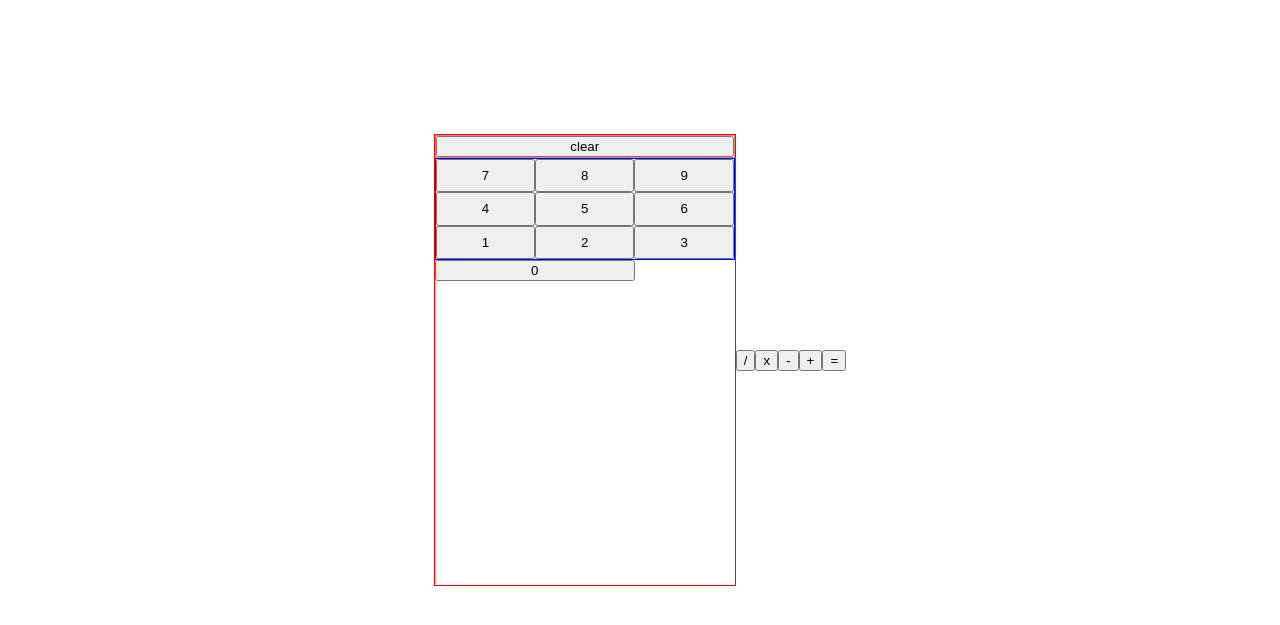
Repository: kocokoy/Calculator
Page: index.html
The author's editor kept a copy of each file at every save. The page is drawn from the files as they stood at one save, then again after the next save.
The browser window is 1280 px wide. The pictures show the whole page.

Above is the page before, as saved 2024-10-22 14:31:49.

### index.html
<!DOCTYPE html>
<html lang="en">
<head>
  <meta charset="UTF-8">
  <meta name="viewport" content="width=device-width, initial-scale=1.0">
  <link rel="stylesheet" href="/style.css">
  <title>Document</title>
</head>
<body>
  <div class="calculator-container">
    <div class="output-number"></div>
    <div class="number-and-clear-container">
      <div class="clear-button-container">
      </div>
      <div class="number-container">

      </div>
      <div class="zero-button-container">
      </div>
    </div>
    <div class="operator-container">
    </div>
  </div>
  <script src="/script.js"></script>
</body>
</html>

### style.css
body{
  padding: 0;
  margin: 0;
  height: 100%;
}
.calculator-container{
  display: flex;
  align-items: center;
  justify-content: center;
  height: 100vh;
}
.number-and-clear-container{
  border: 1px solid red;
  height: 450px;
  width: 300px;
  display: block;
}
.clear-button-container{
  display: grid;
  border: 1px solid lightcoral;
}
.number-container{
  display: grid;
  grid-template-columns: 1fr 1fr 1fr;
  direction: rtl;
  border: 1px solid blue;
  height: 100px;
}
.zero-button-container{
  display: grid;
  grid-template-columns: 1fr 100px;
}

### script.js
const calculatorButton = ['clear',1,2,3,4,5,6,7,8,9,0];
const operatorContent = ['/','x','-','+','='];
const numberContainer = document.querySelector('.number-container');
const numberButton = document.querySelectorAll('.number-button');
const clearButtonContainer = document.querySelector('.clear-button-container');
const zeroButtonContainer = document.querySelector('.zero-button-container');
const operatorContainer = document.querySelector('.operator-container');
const operatorButton = document.querySelectorAll('.operator-button');
const outputElement = document.querySelector('.output-number');

let num1 = '';
let num2 = '';
let operator = '';
let result = 0;
let equals ='';
let html = '';

const descendedNumber = calculatorButton.sort((a,b) => b-a)
descendedNumber.forEach(num => {
  const button = document.createElement('button');
  if(num === 'clear'){
    button.classList.add('clear-button');
    button.textContent = num;
    clearButtonContainer.appendChild(button);
  }else if(num === 0){
    button.classList.add('number-button');
    button.textContent = num;
    console.log(button);
    zeroButtonContainer.appendChild(button);
  }else{
    button.classList.add('zero-button');
    button.textContent = num;
    numberContainer.appendChild(button);
  }
});

operatorContent.forEach(oper => {
  const button = document.createElement('button');
  button.classList.add('operator-button');
  button.textContent = oper;
  operatorContainer.appendChild(button);
});


operatorButton.forEach((operButton,i) => {
  operButton.addEventListener('click', () => {
    if(operButton.textContent != '='){
      operator = operButton.textContent;
      outputElements(operator);
    }else{
      equals = operButton.textContent;
      if(equals === '='){
        console.log(`${num1}${operator}${num2}`)
        operate(num1,num2,operator);
      }
    }

  })
})

numberButton.forEach((numButton,i) => {
  numButton.addEventListener('click', () => {

    if (operator === '') {
      num1 += numButton.textContent;
      outputElements(numButton.textContent);
      console.log('Num1:', num1);
    } else {
      num2 += numButton.textContent;
      outputElements(numButton.textContent);
      console.log('Num2:', num2);
    }
  })
})


function outputElements(a){
  if(num1 && num2 && operator && equals){
    outputElement.textContent = '';
    outputElement.textContent = a;
  }else{
    html+=a;
    console.log(html);
    outputElement.textContent = html;
  }
}




function operate(num1,num2,operator){
  number1 = parseInt(num1,10);
  number2 = parseInt(num2,10);
  if(operator === '+'){
    addOperator(number1,number2);
  }else if(operator === '-'){
    minusOperator(number1,number2);
  }else if(operator === '*'){
    timesOperator(number1,number2);
  }else if(operator === '/'){
    divideOperator(number1,number2);
  }
}


const addOperator = (a,b) => {
  console.log(a,b);
  result = a + b;
  outputElements(result);
  return console.log(result);
}

const minusOperator = (a,b) => {
  result = a-b;
  outputElements(result);
  return console.log(result);
}

const timesOperator = (a,b) => {
  result = a*b;
  outputElements(result);
  return console.log(result);
}

const divideOperator = (a,b) => {
  sum = a/b;
  outputElements(result);
  return console.log(result);
}

After the next save:
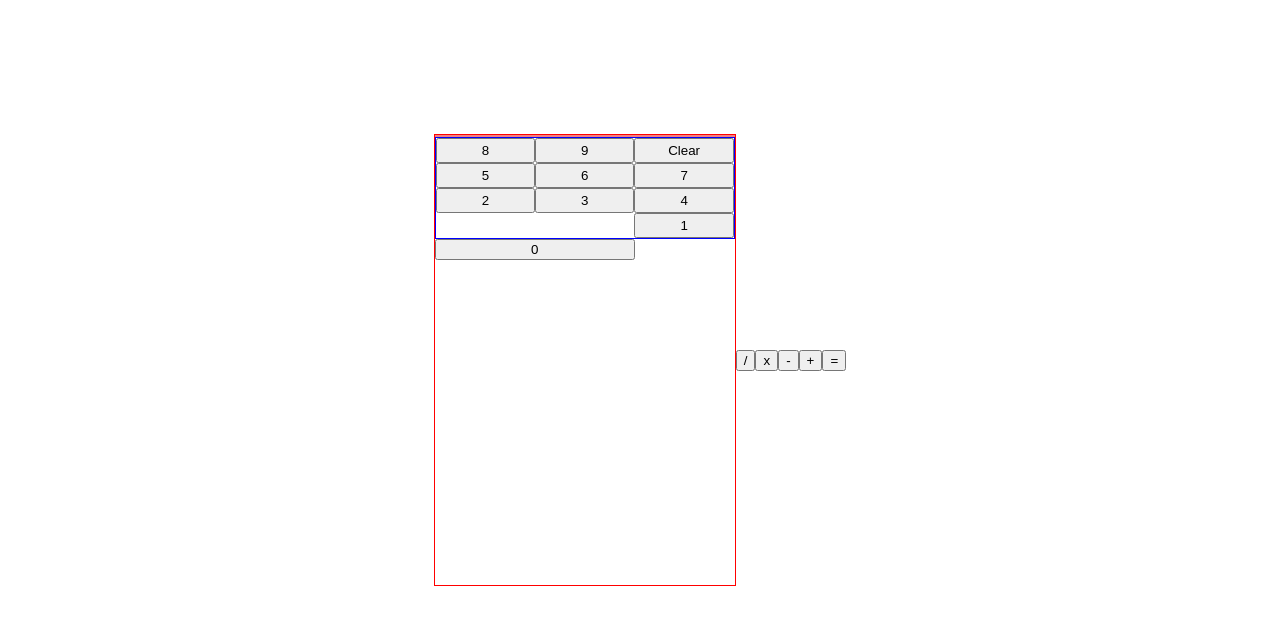
Saved 16 s later.
--- a/script.js
+++ b/script.js
@@ -1,4 +1,4 @@
-const calculatorButton = ['clear',1,2,3,4,5,6,7,8,9,0];
+const calculatorButton = ['Clear',1,2,3,4,5,6,7,8,9,0];
 const operatorContent = ['/','x','-','+','='];
 const numberContainer = document.querySelector('.number-container');
 const numberButton = document.querySelectorAll('.number-button');

After the save that followed:
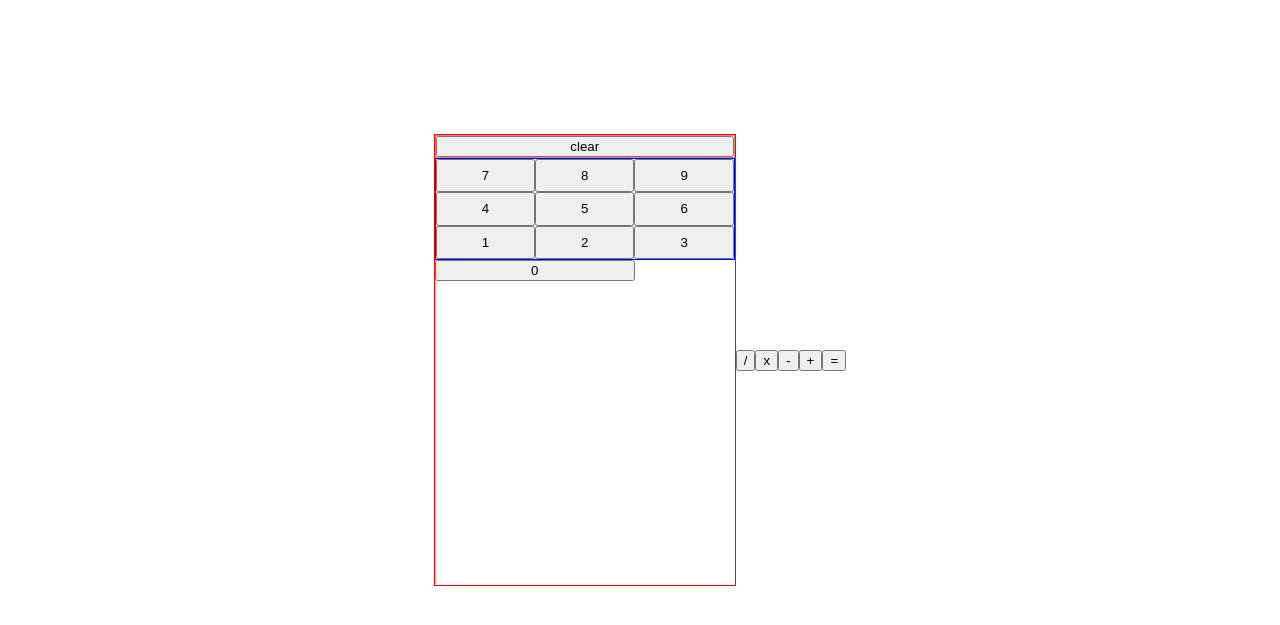
Saved 9 s later.
--- a/script.js
+++ b/script.js
@@ -1,4 +1,4 @@
-const calculatorButton = ['Clear',1,2,3,4,5,6,7,8,9,0];
+const calculatorButton = ['clear',1,2,3,4,5,6,7,8,9,0];
 const operatorContent = ['/','x','-','+','='];
 const numberContainer = document.querySelector('.number-container');
 const numberButton = document.querySelectorAll('.number-button');
